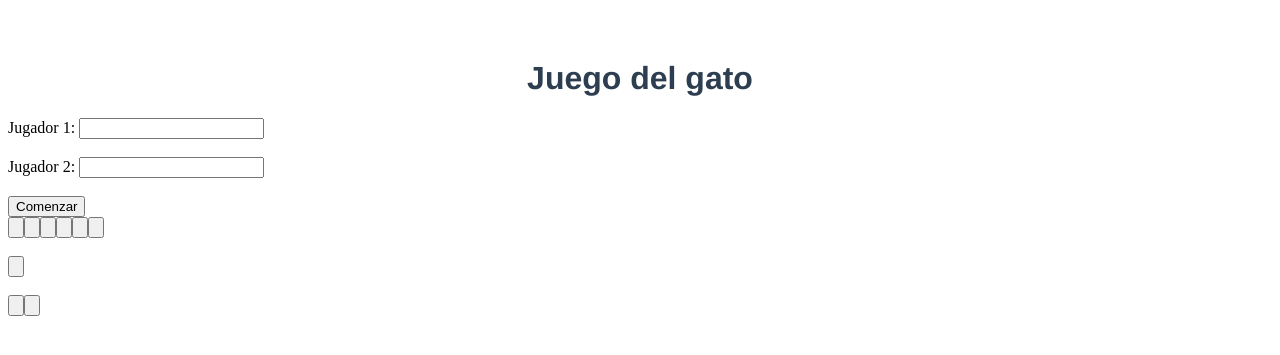
Repository: franciscamanquecheo/Taller-2
Page: / (app in vite-project/)
The author's editor kept a copy of each file at every save. The page is drawn from the files as they stood at one save, then again after the next save.
The browser window is 1280 px wide. The pictures show the whole page.
The project was rebuilt for these pictures with package versions that can differ from the ones it lists, and the page was loaded fresh each time. Also part of the build but not shown: vite-project/vite.config.ts.

Above is the page before, as saved 2022-06-17 17:15:57.

### vite-project/src/App.vue
<script setup lang="ts">
// This starter template is using Vue 3 <script setup> SFCs
// Check out https://vuejs.org/api/sfc-script-setup.html#script-setup
import HelloWorld from './components/HelloWorld.vue'
</script>

<template>
 <h1>Juego del gato</h1>

 <article id="comandos">
  Jugador 1:
  <input type="text" id="jugador1"><br><br>
  Jugador 2:
  <input type="text" id="jugador 2"><br><br>
  <input type="button" id="comenzar" value="Comenzar">
  <label id="TurnoJugador"></label>
 </article>
  <article id="Tablero">
    <input type="button" id="casilla1">
    <input type="button" id="casilla2">
    <input type="button" id="casilla3">

    <input type="button" id="casilla4">
    <input type="button" id="casilla5">
    <input type="button" id="casilla6"><br><br>

    <input type="button" id="casilla7"><br><br>
    <input type="button" id="casilla8">
    <input type="button" id="casilla9">



  </article>












</template>

<style>
h1 {
  font-family: Avenir, Helvetica, Arial, sans-serif;
  -webkit-font-smoothing: antialiased;
  -moz-osx-font-smoothing: grayscale;
  text-align: center;
  color: #2c3e50;
  margin-top: 60px;
}
</style>

Loaded but not shown: vite-project/index.html (common file); vite-project/src/main.ts (common file)

After the next save:
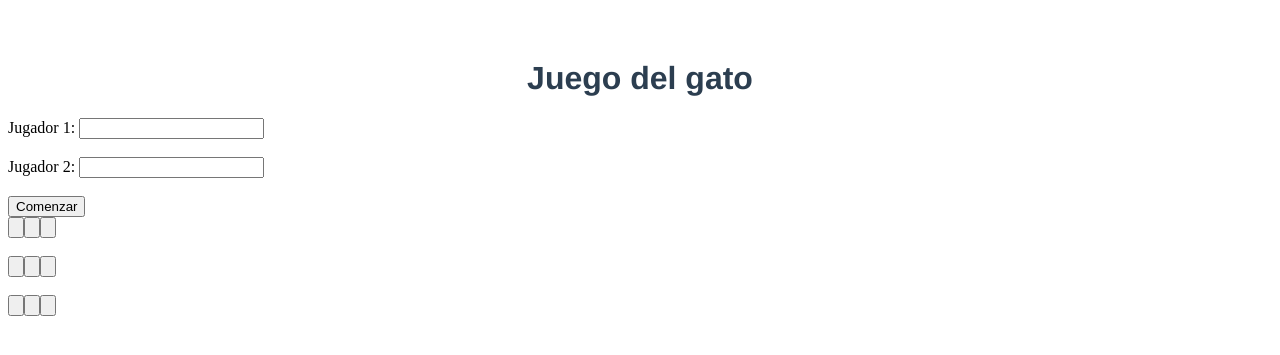
Saved 29 s later.
--- a/vite-project/src/App.vue
+++ b/vite-project/src/App.vue
@@ -18,13 +18,13 @@ import HelloWorld from './components/HelloWorld.vue'
   <article id="Tablero">
     <input type="button" id="casilla1">
     <input type="button" id="casilla2">
-    <input type="button" id="casilla3">
+    <input type="button" id="casilla3"><br><br>
 
     <input type="button" id="casilla4">
     <input type="button" id="casilla5">
     <input type="button" id="casilla6"><br><br>
 
-    <input type="button" id="casilla7"><br><br>
+    <input type="button" id="casilla7">
     <input type="button" id="casilla8">
     <input type="button" id="casilla9">
 
